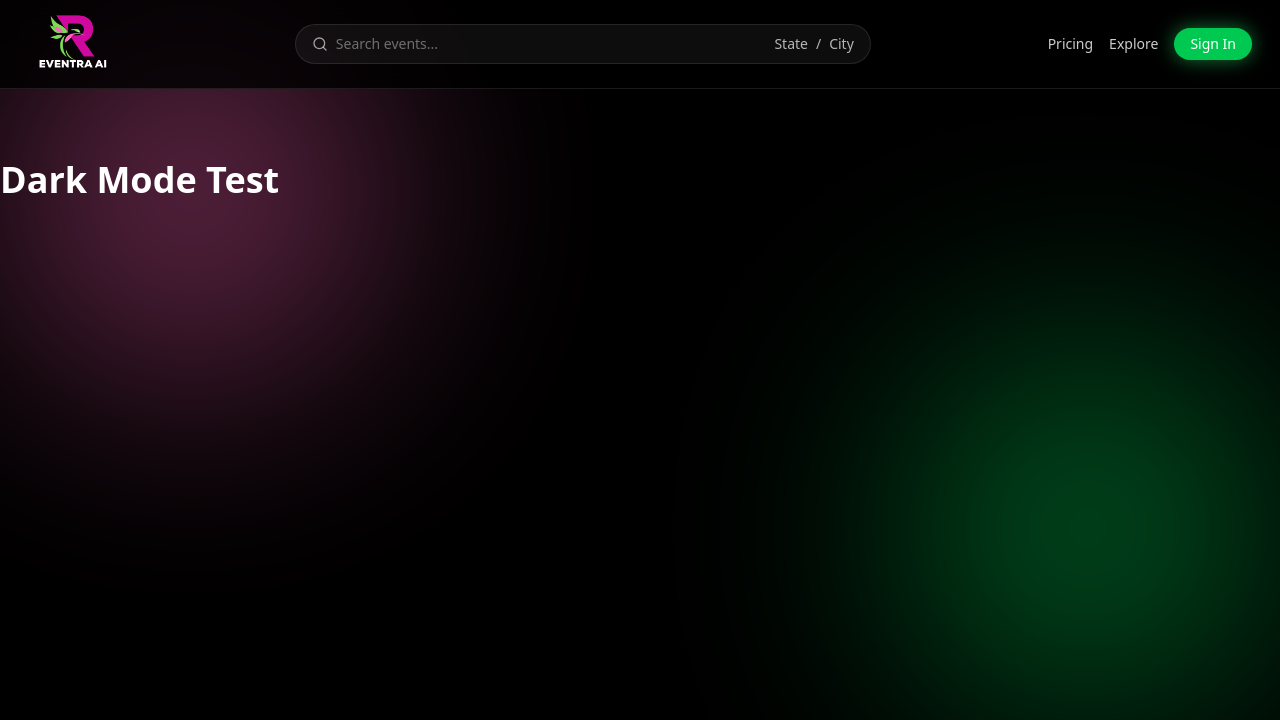
Repository: walaa-horani/AIEventNext.jsLinkedIn
Page: /
These files come from the project's save history. The page is drawn as it stood at one moment and after a run of saves; the edit follows.
The browser window is 1280 px wide. The pictures show the whole page.
The page's requests for data from a server got no answer. The project was rebuilt for these pictures with package versions that can differ from the ones it lists, and the page was loaded fresh each time. Some packages were replaced by stand-ins written for this rebuild. The framework's server and built-in components were replaced by stand-ins that run in the browser. No one was signed in, and anything a server would have sent is missing. Also part of the build but not shown: next.config.ts.

Above is the page before, as saved 2025-12-13 12:51:43.

After the next 2 saves:
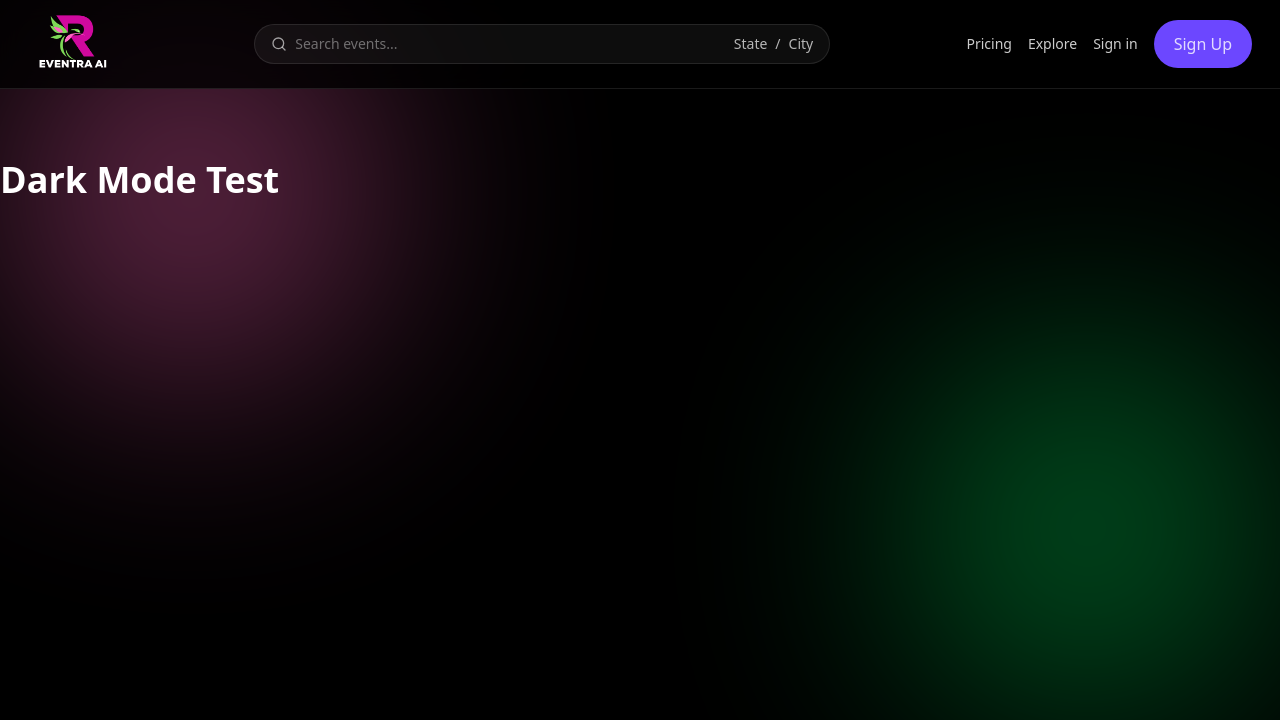
The 2 saves are shown as one change because 1 did not build or start.
The last was saved 3 min 13 s later.
--- a/app/components/Header.tsx
+++ b/app/components/Header.tsx
@@ -1,5 +1,6 @@
 "use client";
 
+import { SignedIn, SignedOut, SignInButton, SignUpButton, UserButton } from "@clerk/nextjs";
 import { Search } from "lucide-react";
 import Image from "next/image";
 import Link from "next/link";
@@ -40,22 +41,17 @@ export default function Header() {
             Explore
           </Link>
 
-          <Link
-  href="#"
-  className="
-    rounded-full
-    bg-green-500
-    text-white
-    px-4 py-1.5
-    font-medium
-    transition
-    shadow-[0_0_20px_rgba(34,197,94,0.6)]
-    hover:shadow-[0_0_35px_rgba(34,197,94,0.9)]
-    hover:bg-green-400
-  "
->
-  Sign In
-</Link>
+          <SignedOut>
+              <SignInButton />
+              <SignUpButton>
+                <button className="bg-[#6c47ff] text-ceramic-white rounded-full font-medium text-sm sm:text-base h-10 sm:h-12 px-4 sm:px-5 cursor-pointer">
+                  Sign Up
+                </button>
+              </SignUpButton>
+            </SignedOut>
+            <SignedIn>
+              <UserButton />
+            </SignedIn>
         </nav>
 
       </div>
